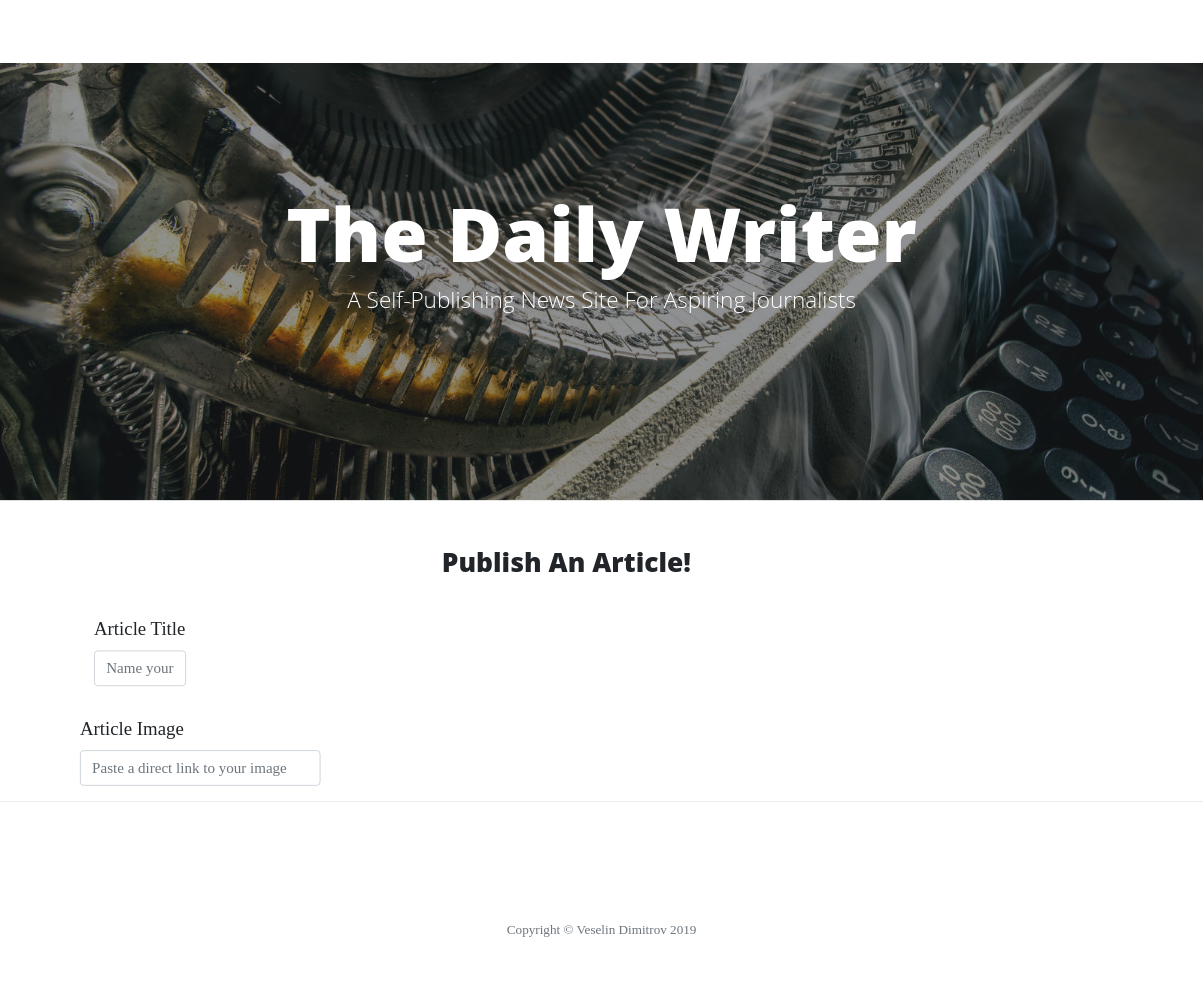
Repository: Vesss/Blog-Project
Page: http://localhost/post
The author's editor kept a record of every edit. The page is drawn from the files as they stood at one moment, then again after the next edit.
The browser window is 1280 px wide. The pictures show the whole page, at 94% of full size.
The page is served by the project's application, run on Flask 3 (app.py). Other server files are loaded and not shown.

Above is the page before.

### templates/post.html
{% extends 'base.html' %} {% block content %}
<div class="container">
    <div class="row justify-content-center">
        <h3 class="col-sm-4">Publish An Article!</h3>
    </div>
</div>

<br />

<div class="container">
    <div class="row">
        <form>
            <div class="col-sm-6">
                <label for="article">Article Title</label>
                <input type="text" class="form-control" placeholder="Name your article">
            </div>

            <br />

            <div class="col-sm-">
                <label for="image">Article Image</label>
                <input type="text" class="form-control" placeholder="Paste a direct link to your image">
            </div>
        </form>
    </div>
</div>
{% endblock %}

### templates/base.html
<!DOCTYPE html>
<html lang="en">
<head>
    <meta charset="UTF-8">
    <meta name="viewport" content="width=device-width, initial-scale=1.0">
    <meta http-equiv="X-UA-Compatible" content="ie=edge">
    <link rel="stylesheet" href="{{ url_for('static', filename='vendor/bootstrap/css/bootstrap.min.css') }}" type="text/css" />
    <link rel="stylesheet" href="{{ url_for('static', filename='css/clean-blog.min.css') }}" type="text/css" />
    <link rel="stylesheet" href="{{ url_for('static', filename='css/style.css') }}" type="text/css" />
    <title>The Daily Writer</title>
</head>
<body>
    <nav class="navbar navbar-expand-lg navbar-light fixed-top" id="mainNav">
    <div class="container">
      <a class="navbar-brand" href="{{ url_for('index') }}">The Daily Writer</a>
      <button class="navbar-toggler navbar-toggler-right" type="button" data-toggle="collapse" data-target="#navbarResponsive" aria-controls="navbarResponsive" aria-expanded="false" aria-label="Toggle navigation">
        Menu
        <i class="fas fa-bars"></i>
      </button>
      <div class="collapse navbar-collapse" id="navbarResponsive">
        <ul class="navbar-nav ml-auto">
          <li class="nav-item">
            <a class="nav-link" href="{{ url_for('index') }}">Home</a>
          </li>
          <li class="nav-item">
            <a class="nav-link" href="{{ url_for('about') }}">About</a>
          </li>
          <li class="nav-item">
            <a class="nav-link" href="{{ url_for('post') }}">Post</a>
          </li>
          <li class="nav-item">
            <a class="nav-link" href="{{ url_for('contact') }}">Contact Us</a>
          </li>
          <li class="nav-item">
            <a class="nav-link" href="{{ url_for('articles') }}">Articles</a>
          </li>
        </ul>
      </div>
    </div>
  </nav>

  <!-- Page Header -->
  <header class="masthead" style="background-image: url('{{ url_for('static', filename='img/the_engine_of_history.jpg') }}')">
    <div class="overlay"></div>
    <div class="container">
      <div class="row">
        <div class="col-lg-8 col-md-10 mx-auto">
          <div class="site-heading">
            <h1>The Daily Writer</h1>
            <span class="subheading">A Self-Publishing News Site For Aspiring Journalists</span>
          </div>
        </div>
      </div>
    </div>
  </header>

  <!-- Main Content -->
  <div class="container">

    {% block content %}
    {% endblock %}

  </div>

  <hr>

  <!-- Footer -->
  <footer>
    <div class="container">
      <div class="row">
        <div class="col-lg-8 col-md-10 mx-auto">
          <ul class="list-inline text-center">
            <li class="list-inline-item">
              <a href="#">
                <span class="fa-stack fa-lg">
                  <i class="fas fa-circle fa-stack-2x"></i>
                  <i class="fab fa-twitter fa-stack-1x fa-inverse"></i>
                </span>
              </a>
            </li>
            <li class="list-inline-item">
              <a href="#">
                <span class="fa-stack fa-lg">
                  <i class="fas fa-circle fa-stack-2x"></i>
                  <i class="fab fa-facebook-f fa-stack-1x fa-inverse"></i>
                </span>
              </a>
            </li>
            <li class="list-inline-item">
              <a href="#">
                <span class="fa-stack fa-lg">
                  <i class="fas fa-circle fa-stack-2x"></i>
                  <i class="fab fa-github fa-stack-1x fa-inverse"></i>
                </span>
              </a>
            </li>
          </ul>
          <p class="copyright text-muted">Copyright &copy; Veselin Dimitrov 2019</p>
        </div>
      </div>
    </div>
  </footer>

  <!-- Bootstrap core JavaScript -->
  <script src="{{ url_for('static', filename='vendor/jquery/jquery.min.js') }}"></script>
  <script src="{{ url_for('static', filename='vendor/bootstrap/js/bootstrap.bundle.min.js') }}"></script>

  <!-- Custom scripts for this template -->
  <script src="{{ url_for('static', filename='js/clean-blog.min.js') }}"></script>

</body>
</html>

### app.py
import os
from flask import Flask, render_template, redirect, request, url_for
from flask_pymongo import PyMongo
from bson.objectid import ObjectId
from flask_mail import Mail
from flask_mail import Message


app = Flask(__name__)

app.config["MONGO_DBNAME"] = "blog_project"
app.config["MONGO_URI"] = "mongodb+srv://root:maniac93@myfirstcluster-ilypv.mongodb.net/blog_project?retryWrites=true&w=majority"
app.config["DEBUG"] = True
app.config["TESTING"] = False
app.config["MAIL_SERVER"] = "smtp.gmail.com"
app.config["MAIL_PORT"] = 587
app.config["MAIL_USE_TLS"] = True
app.config["MAIL_USE_SSL"] = False
# app.config["MAIL_DEBUG"] = True
app.config["MAIL_USERNAME"] = None
app.config["MAIL_PASSWORD"] = None
app.config["MAIL_DEFAULT_SENDER"] = "blitzermann4@gmail.com"
app.config["MAIL_MAX_EMAILS"] = 5
app.config["MAIL_SUPPRESS_SEND"] = False
app.config["MAIL_ASCII_ATTACHMENTS"] = False

mail = Mail(app)

mongo = PyMongo(app)

@app.route("/")
def index():
    return render_template("index.html")

@app.route("/about")
def about():
    return render_template("about.html", about=mongo.db.about_information.find())

@app.route("/contact")
def contact():
    return render_template("contact.html")

@app.route("/post")
def post():
    return render_template("post.html")

# @app.route("/add_article")
# def add_article():

@app.route("/articles")
def articles():
    return render_template("articles.html")

@app.route("/send", methods=["GET", "POST"])
def send():
    msg = Message("Hi there", recipients=["ves.dimitrov121@gmail.com"])
    mail.send(msg)
    if request.method == "POST":
        return 'Form posted.'
    elif request.method == "GET":
        return render_template('contact.html')


if __name__ == "__main__":
    app.run(host=os.environ.get("IP"),
            port=int(os.environ.get("PORT")),
            debug=True)

### static/css/style.css
.contact-form{
    background:rgba(0,0,0, .3);
    color:white;
    margin-top: 100px;
    padding: 20px;
    box-shadow: 0px 0px 10px 3px grey;
}

hr {
    background: white;
}

Loaded but not shown: static/css/clean-blog.min.css (library); static/js/clean-blog.min.js (common file)

After the next edit:
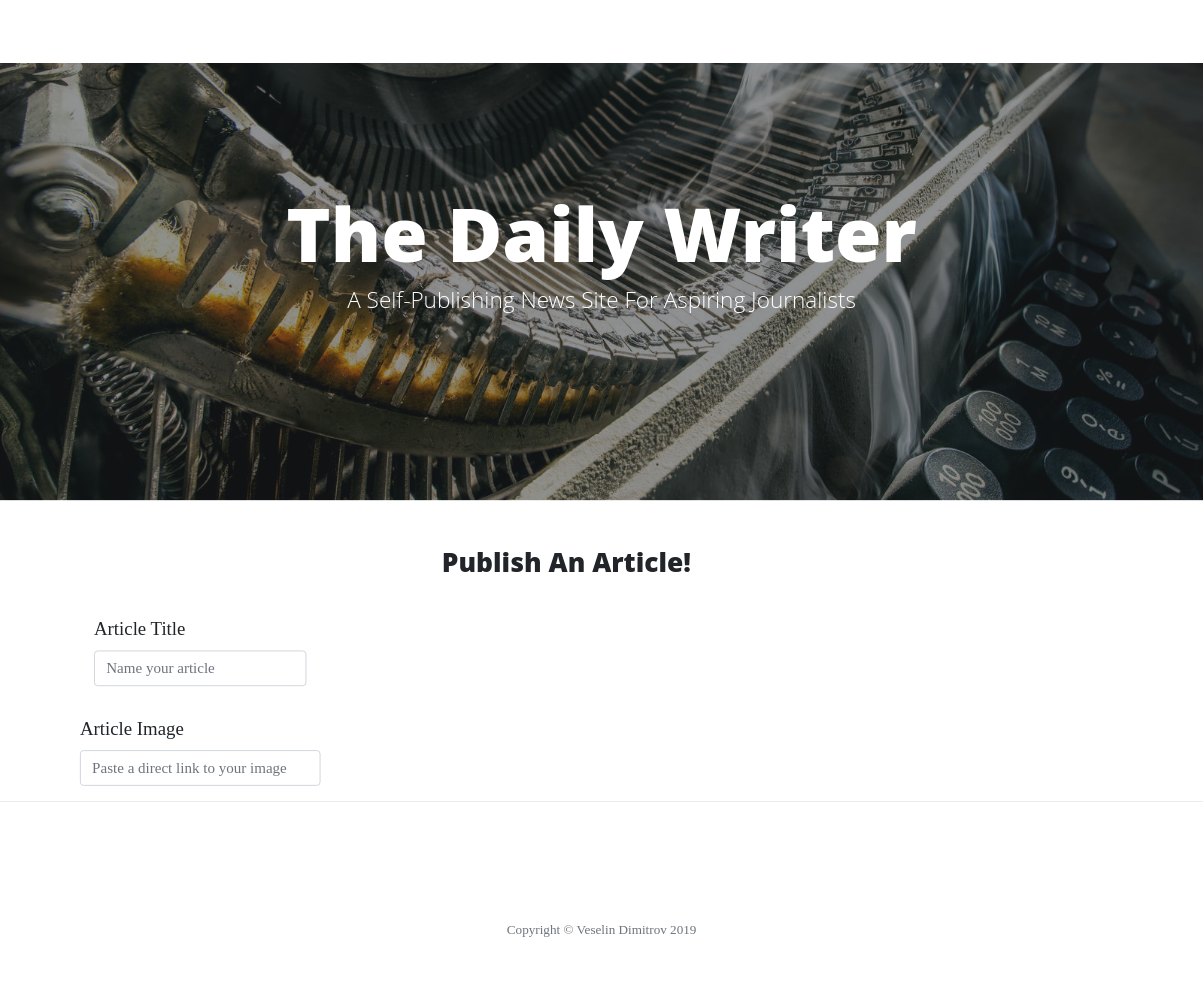
The edit:
--- a/templates/post.html
+++ b/templates/post.html
@@ -10,7 +10,7 @@
 <div class="container">
     <div class="row">
         <form>
-            <div class="col-sm-6">
+            <div class="col">
                 <label for="article">Article Title</label>
                 <input type="text" class="form-control" placeholder="Name your article">
             </div>
